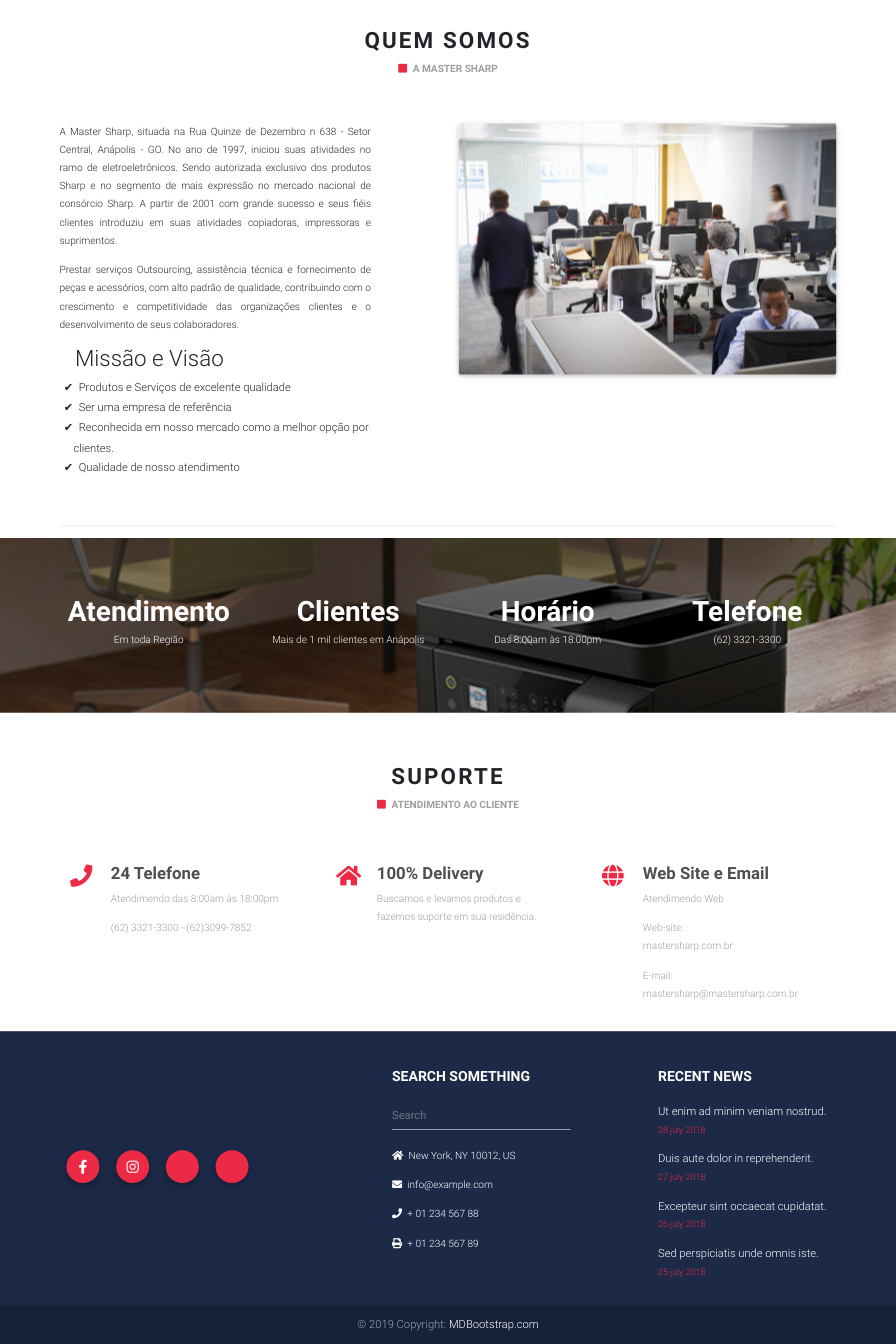
Repository: SalomaoMiguel/mastshap
Page: html/index.html
The author's editor kept a copy of each file at every save. The page is drawn from the files as they stood at one save, then again after a run of saves.
The browser window is 1280 px wide. The pictures show the part of the page from y = 1373 to 3293 px (the page is 3293 px tall), at 70% of full size.
Some web libraries are served in a nearby version.

Above is the page before, as saved 2021-02-17 15:31:01.

After the next 2 saves:
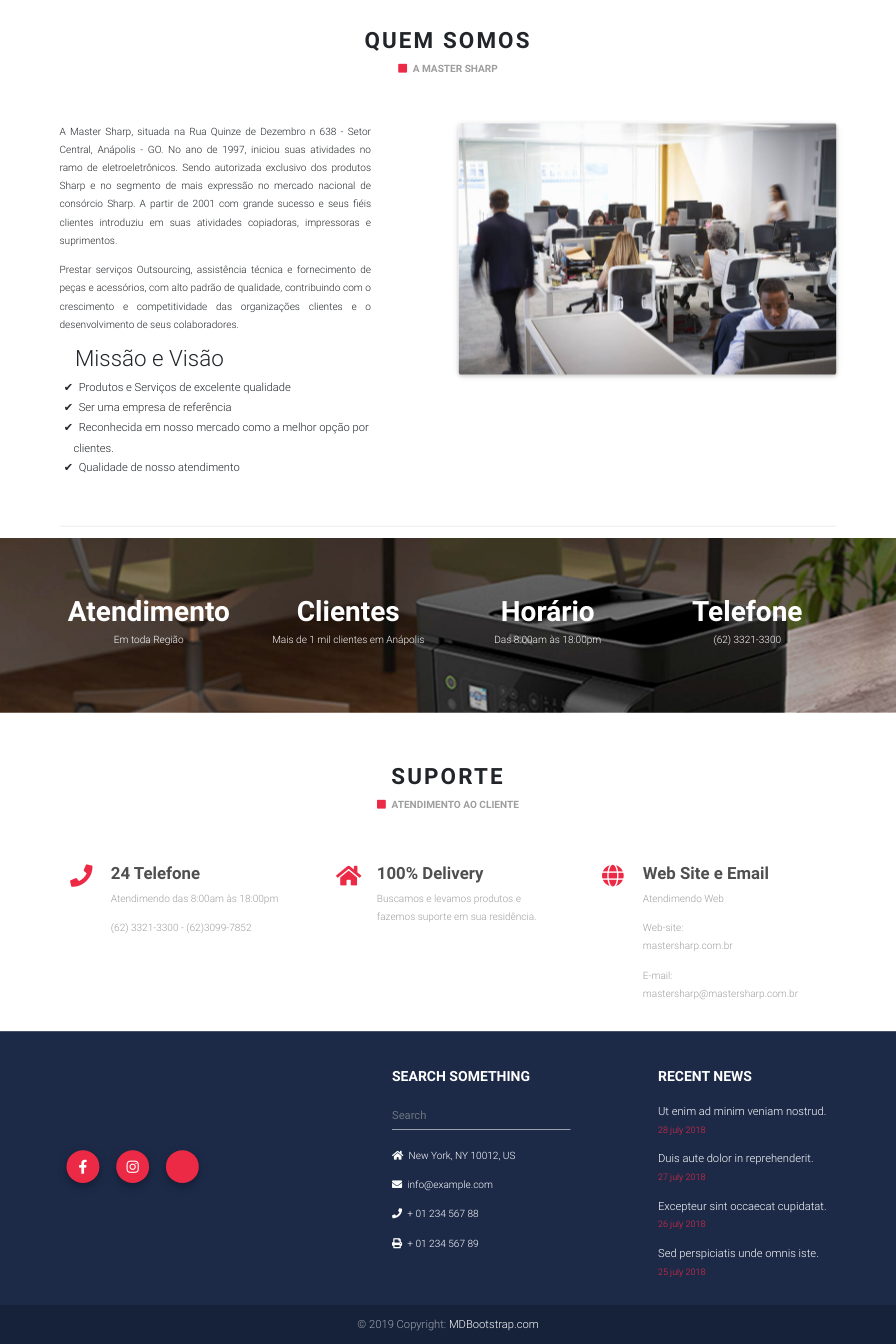
The 2 saves are shown as one change because they came seconds apart.
The last was saved 15 s later.
--- a/html/index.html
+++ b/html/index.html
@@ -399,7 +399,6 @@
             <!--Dribbble-->
             <a  href="https://www.instagram.com/master.sharp/" type="button" class="btn-floating  btn-danger-2"><i class="fab fa-instagram"></i></a>
             <a  href="https://www.instagram.com/master.sharp/" type="button" class="btn-floating  btn-danger-2"><i class=""></i></a>
-            <a  href="https://www.instagram.com/master.sharp/" type="button" class="btn-floating  btn-danger-2"><i class=""></i></a>
           </div>
         </div>
         <!--/First column-->
